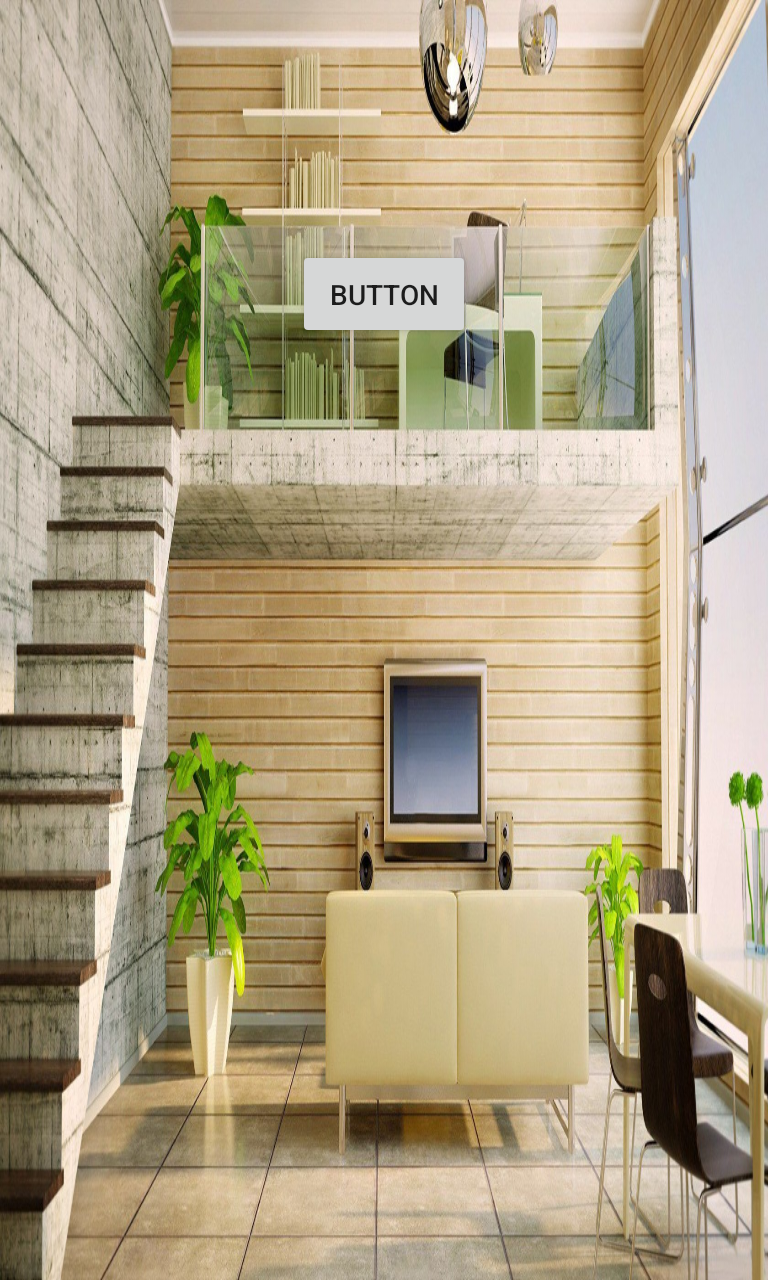
Repository: LogInc/oscar_app
Layout: Android/Oscar/res/layout/activity_home.xml
These files come from the project's save history. The layout is drawn as it stood at one moment and after the next save; the edit follows.
It is drawn on a 768 x 1280 px phone screen (xhdpi) without system bars, with theme AppTheme; the app's code is not run. Lists and similar views that code fills are empty.

Above is the layout before, as saved 2015-03-05 11:32:43.

After the next save:
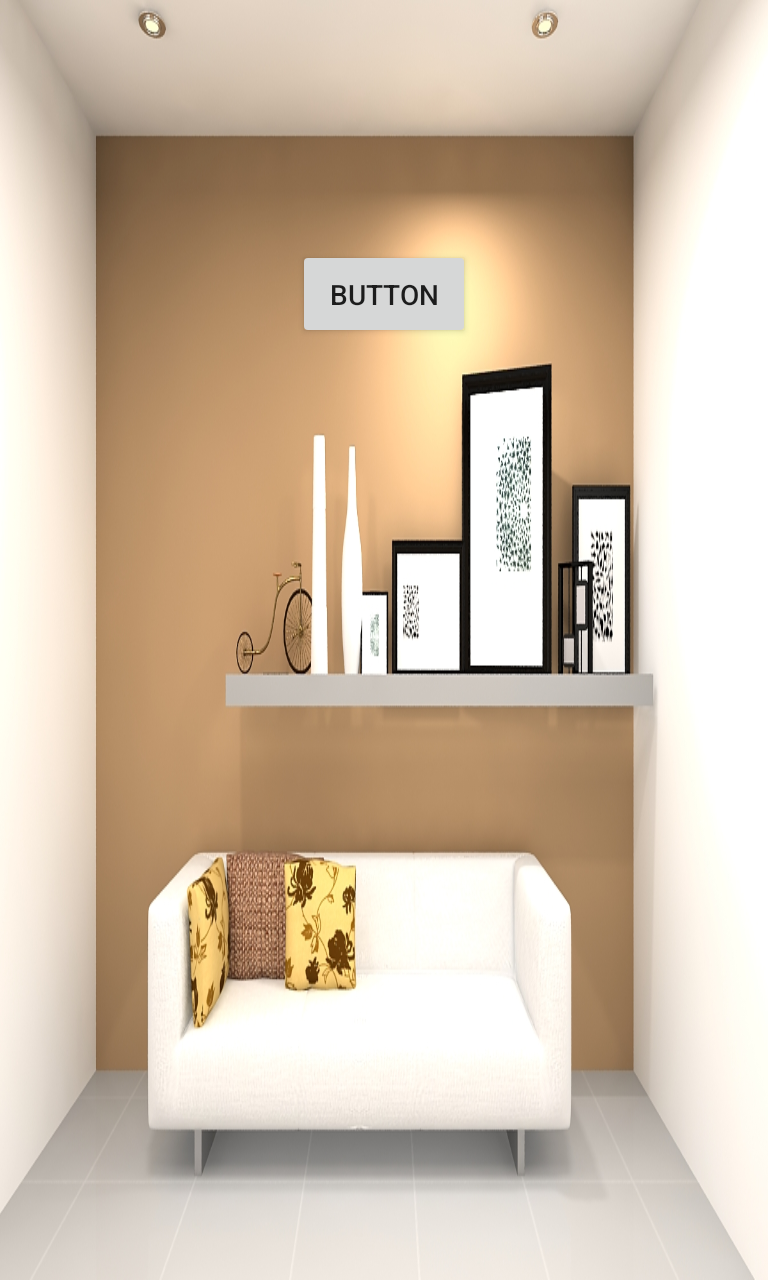
Saved 6 min 51 s later.
--- a/Android/Oscar/res/layout/activity_home.xml
+++ b/Android/Oscar/res/layout/activity_home.xml
@@ -6,7 +6,7 @@
     <RelativeLayout
         android:layout_width="match_parent"
         android:layout_height="match_parent"
-        android:background="@drawable/home"
+        android:background="@drawable/home2"
          >
 
         <Button
